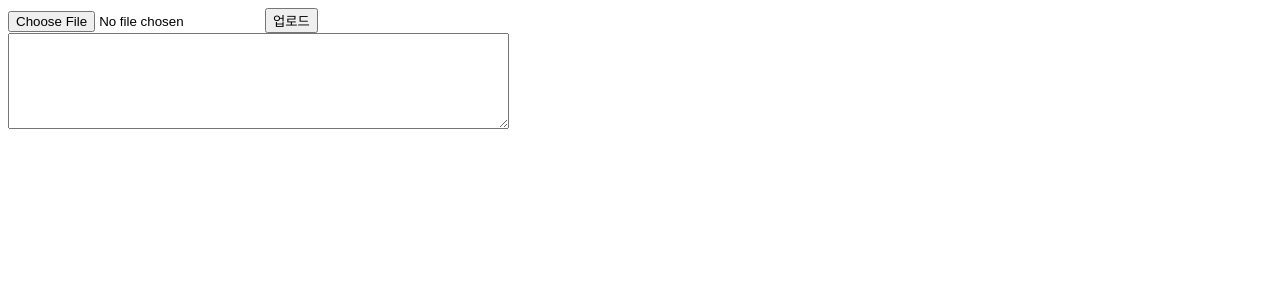
Repository: ssipflow/Acorn
Page: http://localhost/LayOut/post/newPost.jsp
An editor plug-in stored every save of this project. The page is shown before and after the next save, followed by the edit.
The browser window is 1280 px wide. The pictures show the whole page.
The page is served by Tomcat 9.

Above is the page before, as saved 2017-03-17 05:19:42.

After the next save:
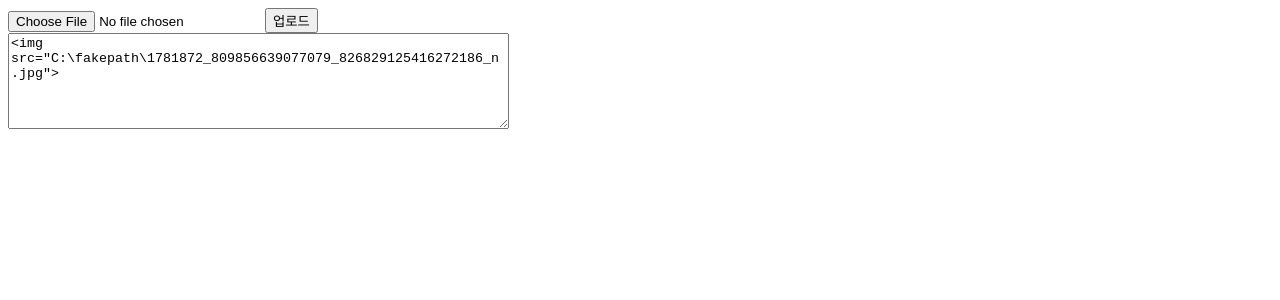
Saved 34 s later.
--- a/LayOut/WebContent/post/newPost.jsp
+++ b/LayOut/WebContent/post/newPost.jsp
@@ -39,6 +39,6 @@
 	<input type="file" id="file" name="file">
 	<button id="readfile" onclick="readFile()">업로드</button><br/>
 	<div id="postView"></div>
-	<textarea id="result" rows="6" cols="60"></textarea>
+	<textarea id="result" rows="6" cols="60"><img src="C:\fakepath\1781872_809856639077079_826829125416272186_n.jpg"></textarea>
 </body>
 </html>
